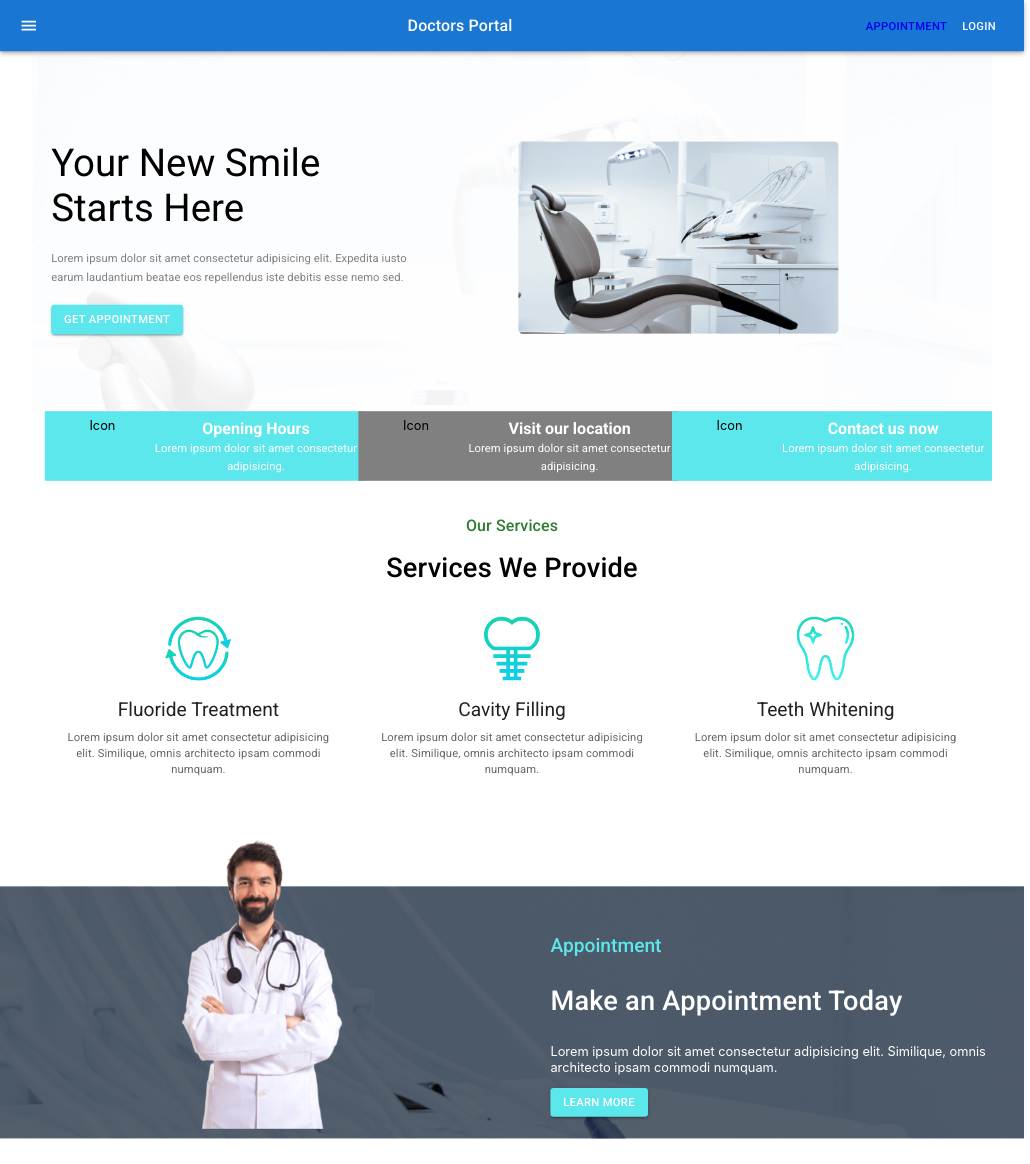
Repository: Sharif-00112/doctors-portal-client
Page: /
An editor plug-in stored every save of this project. The page is shown before and after the next save, followed by the edit.
The browser window is 1280 px wide. The page is 1288 px wide, so the pictures cover 1288 px, including what lies to the right of the window. The pictures show the whole page, at 80% of full size.
The project was rebuilt for these pictures with package versions that can differ from the ones it lists, and the page was loaded fresh each time. Also part of the build but not shown: src/Pages/Appointment/Appointment/Appointment.js.

Above is the page before, as saved 2022-11-02 11:33:00.

### public/index.html
<!DOCTYPE html>
<html lang="en">
  <head>
    <meta charset="utf-8" />
    <link rel="icon" href="%PUBLIC_URL%/favicon.ico" />
    <meta name="viewport" content="width=device-width, initial-scale=1" />
    <meta name="theme-color" content="#000000" />
    <meta
      name="description"
      content="Web site created using create-react-app"
    />
    <link
      rel="stylesheet" href="https://fonts.googleapis.com/css?family=Roboto:300,400,500,700&display=swap"
    />

    <link rel="apple-touch-icon" href="%PUBLIC_URL%/logo192.png" />
    <!--
      manifest.json provides metadata used when your web app is installed on a
      user's mobile device or desktop. See https://developers.google.com/web/fundamentals/web-app-manifest/
    -->
    <link rel="manifest" href="%PUBLIC_URL%/manifest.json" />
    <!--
      Notice the use of %PUBLIC_URL% in the tags above.
      It will be replaced with the URL of the `public` folder during the build.
      Only files inside the `public` folder can be referenced from the HTML.

      Unlike "/favicon.ico" or "favicon.ico", "%PUBLIC_URL%/favicon.ico" will
      work correctly both with client-side routing and a non-root public URL.
      Learn how to configure a non-root public URL by running `npm run build`.
    -->
    <title>React App</title>
  </head>
  <body>
    <noscript>You need to enable JavaScript to run this app.</noscript>
    <div id="root"></div>
    <!--
      This HTML file is a template.
      If you open it directly in the browser, you will see an empty page.

      You can add webfonts, meta tags, or analytics to this file.
      The build step will place the bundled scripts into the <body> tag.

      To begin the development, run `npm start` or `yarn start`.
      To create a production bundle, use `npm run build` or `yarn build`.
    -->
  </body>
</html>

### src/App.js
import './App.css';
import { BrowserRouter as Router, Route, Routes} from 'react-router-dom';
import Home from './Pages/Home/Home/Home';
import Appointment from './Pages/Appointment/Appointment/Appointment';

function App() {
  return (
    <div className="App">
      <Router>
        {/* <Header></Header> */}
        <Routes>
          <Route exact path = '/' element={<Home/>}/>
          <Route exact path = '/home' element={<Home/>}/>
          <Route exact path = '/appointment' element={<Appointment/>}/>
          <Route exact path = '*' element={<Home/>}/>
        </Routes>
        {/* <Footer></Footer> */}
      </Router>
    </div>
  );
}

export default App;

### src/Pages/Home/Home/Home.js
import React from 'react';
import Navigation from '../../Shared/Navigation/Navigation';
import AppointmentBanner from '../AppointmentBanner/AppointmentBanner';
import Banner from '../Banner/Banner';
import Services from '../Services/Services';

const Home = () => {
    return (
        <div>
            {/* <h2>This is Home</h2> */}
            <Navigation></Navigation>
            <Banner></Banner>
            <Services></Services>
            <AppointmentBanner></AppointmentBanner>
        </div>
    );
};

export default Home;

### src/Pages/Shared/Navigation/Navigation.js
import React from 'react';
import AppBar from '@mui/material/AppBar';
import Box from '@mui/material/Box';
import Toolbar from '@mui/material/Toolbar';
import Typography from '@mui/material/Typography';
import Button from '@mui/material/Button';
import IconButton from '@mui/material/IconButton';
import MenuIcon from '@mui/icons-material/Menu';
import { Link } from 'react-router-dom';

const Navigation = () => {
    return (
        <div>
            <Box sx={{ flexGrow: 1, pb:2 }}>
                <AppBar position="static">
                    <Toolbar>
                        <IconButton
                            size="large"
                            edge="start"
                            color="inherit"
                            aria-label="menu"
                            sx={{ mr: 2 }}
                        >
                            <MenuIcon />
                        </IconButton>
                        <Typography variant="h6" component="div" sx={{ flexGrow: 1 }}>
                            Doctors Portal
                        </Typography>
                        <Link to = '/appointment'>
                            <Button color="inherit">Appointment</Button>
                        </Link>
                        <Button color="inherit">Login</Button>
                    </Toolbar>
                </AppBar>
            </Box>
        </div>
    );
};

export default Navigation;

### src/Pages/Home/AppointmentBanner/AppointmentBanner.js
import React from 'react';
import Box from '@mui/material/Box';
import Grid from '@mui/material/Unstable_Grid2';
import Typography from '@mui/material/Typography';

import doctor from '../../../images/images/doctor.png'
import bg from '../../../images/images/appointment-bg.png'
import { Button } from '@mui/material';

const appointmentBanner = {
    background: `url(${bg})`,
    marginTop: 100,
    backgroundColor: 'rgba(45, 58, 74, 0.8)',
    backgroundBlendMode: 'darken, luminosity'
}

const AppointmentBanner = () => {
    return (
        <div>
            <Box style={appointmentBanner} sx={{ flexGrow: 1, mb:5 }}>
                <Grid container spacing={2}>
                    <Grid xs={12} md={6}>
                        <img
                           style={{width: 400, marginTop: '-105px' }}
                        src={doctor} alt="" />
                    </Grid>

                    <Grid xs={12} md={6} sx={{
                        display: 'flex',
                        justifyContent: 'flex-start',
                        textAlign: 'left',
                        alignItems: 'center'
                        }}>
                        <Box sx={{pl: 5}}>
                            <Typography sx={{ mb: 2, mt: 4, fontWeight: 500 }} style={{color: '#5CE7ED'}} variant="h5" component="div">
                                Appointment
                            </Typography>
                            <Typography sx={{ mb: 2, mt: 4, fontWeight: 500 }} style={{color: 'white'}} variant="h4" component="div">
                                Make an Appointment Today
                            </Typography>
                            <Typography sx={{ mb: 2, mt: 4 }} style={{color: 'white'}} variant="" component="div">
                                Lorem ipsum dolor sit amet consectetur adipisicing elit. Similique, omnis architecto ipsam commodi numquam.
                            </Typography>
                            <Button variant="contained" style={{backgroundColor: '#5CE7ED'}}>Learn More</Button>
                        </Box>
                    </Grid>
                </Grid>
            </Box>
        </div>
    );
};

export default AppointmentBanner;

### src/Pages/Home/Banner/Banner.js
import React from 'react';
import Grid from '@mui/material/Grid';
import Typography from '@mui/material/Typography';
import { Box, Button, Container } from '@mui/material';

import chair from '../../../images/images/chair.png';
import bnBg from '../../../images/images/bg.png';

const bannerBg = {
    background: `url(${bnBg})`
}

const verticalCenter = {
    display: 'flex',
    alignItems: 'center',
    height: 450
}

const Banner = () => {
    return (
        <div>
            <Container style={bannerBg} sx={{ flexGrow: 1 }}>
                <Grid container spacing={2}>
                    <Grid item style={{ ...verticalCenter, textAlign: 'left'}} xs={12} md={6}>
                        <Box>
                            <Typography sx={{ }} style={{color: 'black'}} variant="h3" component="div">
                                Your New Smile <br />
                                Starts Here
                            </Typography>
                            <Typography sx={{ my: 3, pr: 15, fontSize: 14, fontWeight: 400, color: 'gray'}} variant="h6" component="div">
                                Lorem ipsum dolor sit amet consectetur adipisicing elit. Expedita iusto earum laudantium beatae eos repellendus iste debitis esse nemo sed.
                            </Typography>
                            <Button variant="contained" style={{backgroundColor: '#5CE7ED'}}>Get Appointment</Button>
                        </Box>
                    </Grid>
                    <Grid item xs={12} md={6} style={verticalCenter}>
                        <img style={{ width: '400px'}} src={chair} alt="" />
                    </Grid>
                </Grid>
            </Container>

            <Container sx={{ flexGrow: 1 }}>
                <Grid container rowSpacing={1} columnSpacing={{ xs: 3, sm: 3, md: 3 }}>
                    <Grid xs={4}>
                        <Grid sx={{ p:1, my:1, mx:2 }} container spacing={1} style={{ backgroundColor: '#5CE7ED'}}>
                            <Grid xs={4}>
                                Icon
                            </Grid>
                            <Grid xs={8}>
                                <Typography sx={{ fontSize: 20, fontWeight: 600  }} style={{color: 'white'}} variant="h5" component="div">
                                    Opening Hours
                                </Typography>
                                <Typography sx={{ fontSize: 14, fontWeight: 400 }} style={{color: 'white'}} variant="h6" component="div">
                                    Lorem ipsum dolor sit amet consectetur adipisicing.
                                </Typography>
                            </Grid>
                        </Grid>
                    </Grid>
                    <Grid xs={4}>
                        <Grid sx={{ p:1, my:1, mx:2 }} container spacing={1} style={{ backgroundColor: 'gray'}}>
                            <Grid xs={4}>
                                Icon
                            </Grid>
                            <Grid xs={8}>
                                <Typography sx={{ fontSize: 20, fontWeight: 600  }} style={{color: 'white'}} variant="h5" component="div">
                                    Visit our location
                                </Typography>
                                <Typography sx={{ fontSize: 14, fontWeight: 400 }} style={{color: 'white'}} variant="h6" component="div">
                                    Lorem ipsum dolor sit amet consectetur adipisicing.
                                </Typography>
                            </Grid>
                        </Grid>
                    </Grid>
                    <Grid xs={4}>
                        <Grid sx={{ p:1, my:1, mx:2 }} container spacing={1} style={{ backgroundColor: '#5CE7ED'}}>
                            <Grid xs={4}>
                                Icon
                            </Grid>
                            <Grid xs={8}>
                                <Typography sx={{ fontSize: 20, fontWeight: 600  }} style={{color: 'white'}} variant="h5" component="div">
                                    Contact us now
                                </Typography>
                                <Typography sx={{ fontSize: 14, fontWeight: 400 }} style={{color: 'white'}} variant="h6" component="div">
                                    Lorem ipsum dolor sit amet consectetur adipisicing.
                                </Typography>
                            </Grid>
                        </Grid>
                    </Grid>
                </Grid>
            </Container>
        </div>
    );
};

export default Banner;

### src/Pages/Home/Services/Services.js
import React from 'react';
import Box from '@mui/material/Box';
import Grid from '@mui/material/Unstable_Grid2';
import Typography from '@mui/material/Typography';
import { Container } from '@mui/material';
import Service from '../Service/Service';

import fluoride from '../../../images/images/fluoride.png';
import cavity from '../../../images/images/cavity.png'
import whitening from '../../../images/images/whitening.png'

const services = [
    {
        name: 'Fluoride Treatment',
        description: 'Lorem ipsum dolor sit amet consectetur adipisicing elit. Similique, omnis architecto ipsam commodi numquam.',
        img: fluoride
    },
    {
        name: 'Cavity Filling',
        description: 'Lorem ipsum dolor sit amet consectetur adipisicing elit. Similique, omnis architecto ipsam commodi numquam.',
        img: cavity
    },
    {
        name: 'Teeth Whitening',
        description: 'Lorem ipsum dolor sit amet consectetur adipisicing elit. Similique, omnis architecto ipsam commodi numquam.',
        img: whitening
    }
]

const Services = () => {
    return (
        <div>
            <Box sx={{ flexGrow: 1 }}>
                <Container>
                    <Typography sx={{ mb: 2, mt: 4, fontWeight: 500, color: 'success.main' }} variant="h6" component="div">
                        Our Services
                    </Typography>
                    <Typography sx={{ mb: 3, fontWeight: 500 }} variant="h4" component="div">
                        Services We Provide
                    </Typography>

                    <Grid container spacing={{ xs: 2, md: 3 }} columns={{ xs: 4, sm: 8, md: 12 }}>
                        {
                            services.map(service => (
                                <Grid xs={2} sm={4} md={4} key={service.name}>
                                <Service
                                    key = {service.name}
                                    service = {service}
                                ></Service>
                            </Grid>
                            ))
                        }
                    </Grid>
                </Container>
            </Box>
        </div>
    );
};

export default Services;

### src/Pages/Home/Service/Service.js
import React from 'react';
import Card from '@mui/material/Card';
// import CardActions from '@mui/material/CardActions';
import CardContent from '@mui/material/CardContent';
// import Button from '@mui/material/Button';
import Typography from '@mui/material/Typography';
import CardMedia from '@mui/material/CardMedia';

const Service = (props) => {
    const {name, description, img} = props.service
    return (
        <div>
            <Card sx={{ minWidth: 275, border: 0, boxShadow: 0, mt: 1.5 }}>
                <CardMedia
                    component="img"
                    style={{width: 'auto', height: '80px', margin: '4px auto'}}
                    image={img}
                    alt={name}
                />
                <CardContent>
                    <Typography sx={{ mb: 1 }} variant="h5" component="div">
                        {name}
                    </Typography>
                    <Typography sx={{ mb: 1.5 }} variant="body2" color="text.secondary">
                        {description}
                    </Typography>
                </CardContent>
                {/* <CardActions>
                    <Button size="small">Learn More</Button>
                </CardActions> */}
            </Card>
        </div>
    );
};

export default Service;

Loaded but not shown: src/index.js (common file); src/index.css (common file); src/reportWebVitals.js (common file); src/App.css (common file)

After the next save:
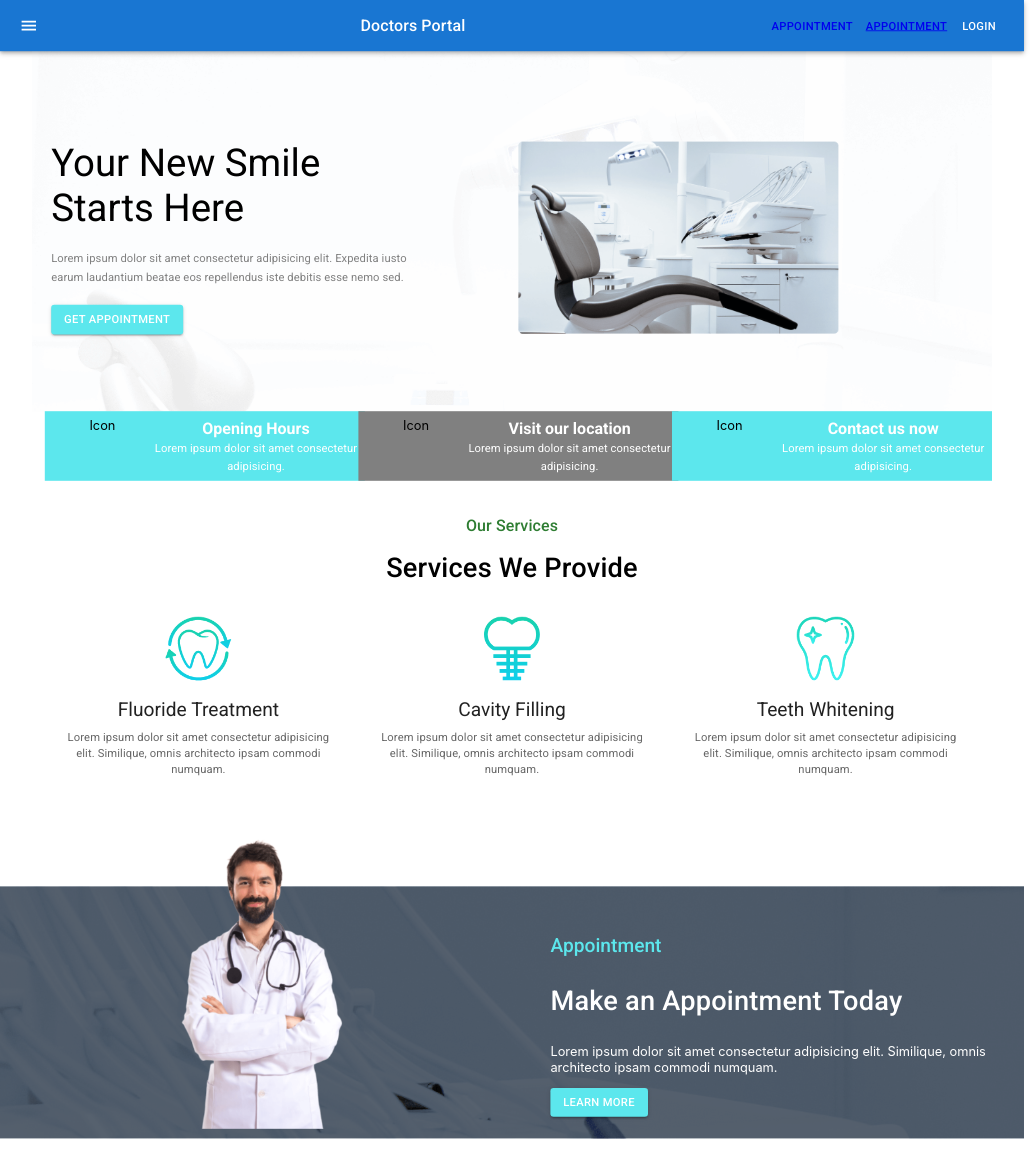
Saved 2 min 7 s later.
--- a/src/Pages/Shared/Navigation/Navigation.js
+++ b/src/Pages/Shared/Navigation/Navigation.js
@@ -29,6 +29,7 @@
                         <Link to = '/appointment'>
                             <Button color="inherit">Appointment</Button>
                         </Link>
+                        <Button color="inherit"><Link to='/appointment'>Appointment</Link></Button>
                         <Button color="inherit">Login</Button>
                     </Toolbar>
                 </AppBar>

After the save that followed:
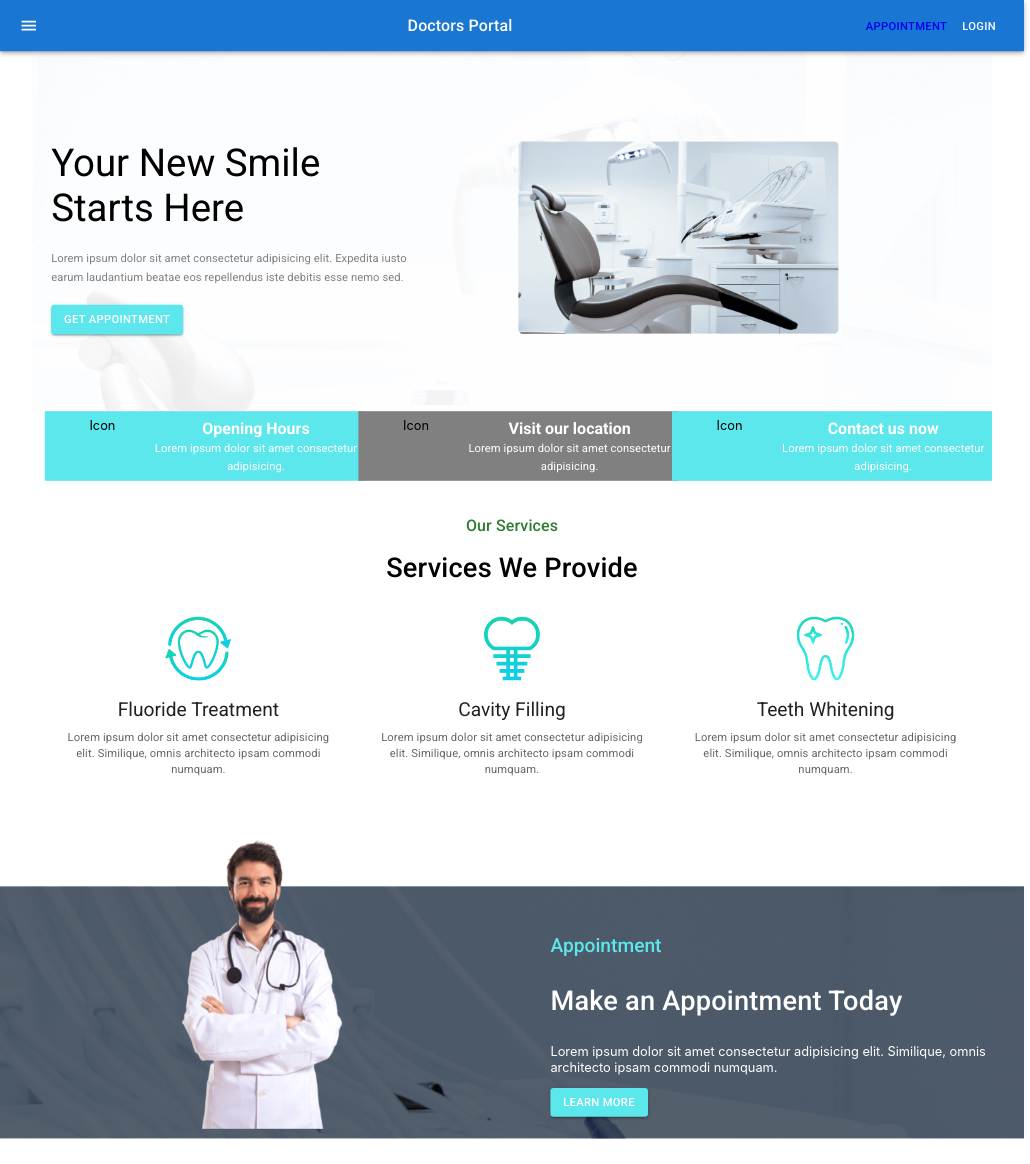
Saved 22 s later.
--- a/src/Pages/Shared/Navigation/Navigation.js
+++ b/src/Pages/Shared/Navigation/Navigation.js
@@ -29,7 +29,6 @@
                         <Link to = '/appointment'>
                             <Button color="inherit">Appointment</Button>
                         </Link>
-                        <Button color="inherit"><Link to='/appointment'>Appointment</Link></Button>
                         <Button color="inherit">Login</Button>
                     </Toolbar>
                 </AppBar>
